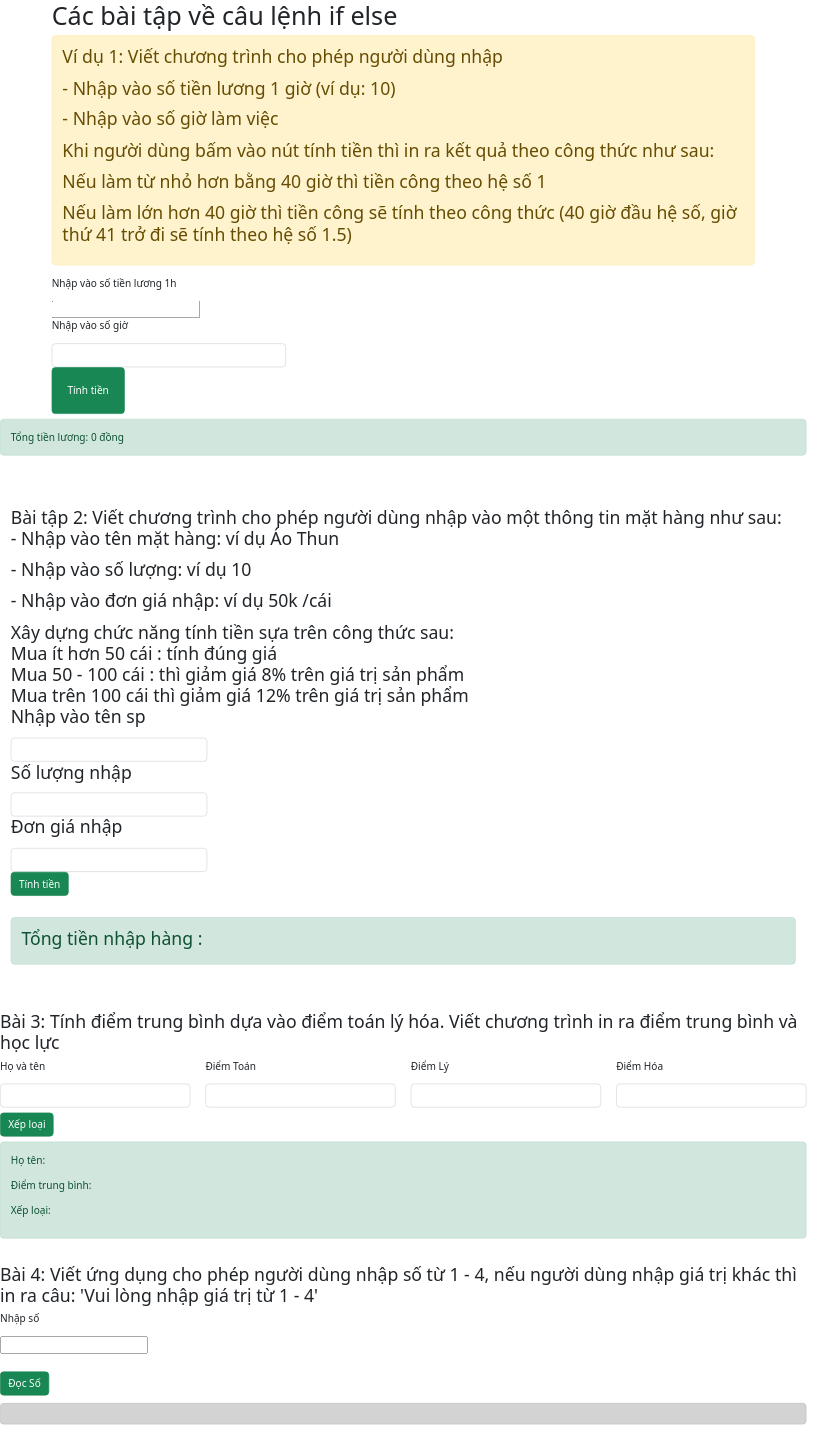
Repository: hcozyph/cyberSoft_JS_fulldocs
Page: JS_4/index.html
The author's editor kept a copy of each file at every save. The page is drawn from the files as they stood at one save, then again after the next save.
The browser window is 1280 px wide. The page is 1292 px wide, so the pictures cover 1292 px, including what lies to the right of the window. The pictures show the whole page, at 63% of full size.

Above is the page before, as saved 2023-02-05 09:58:47.

After the next save:
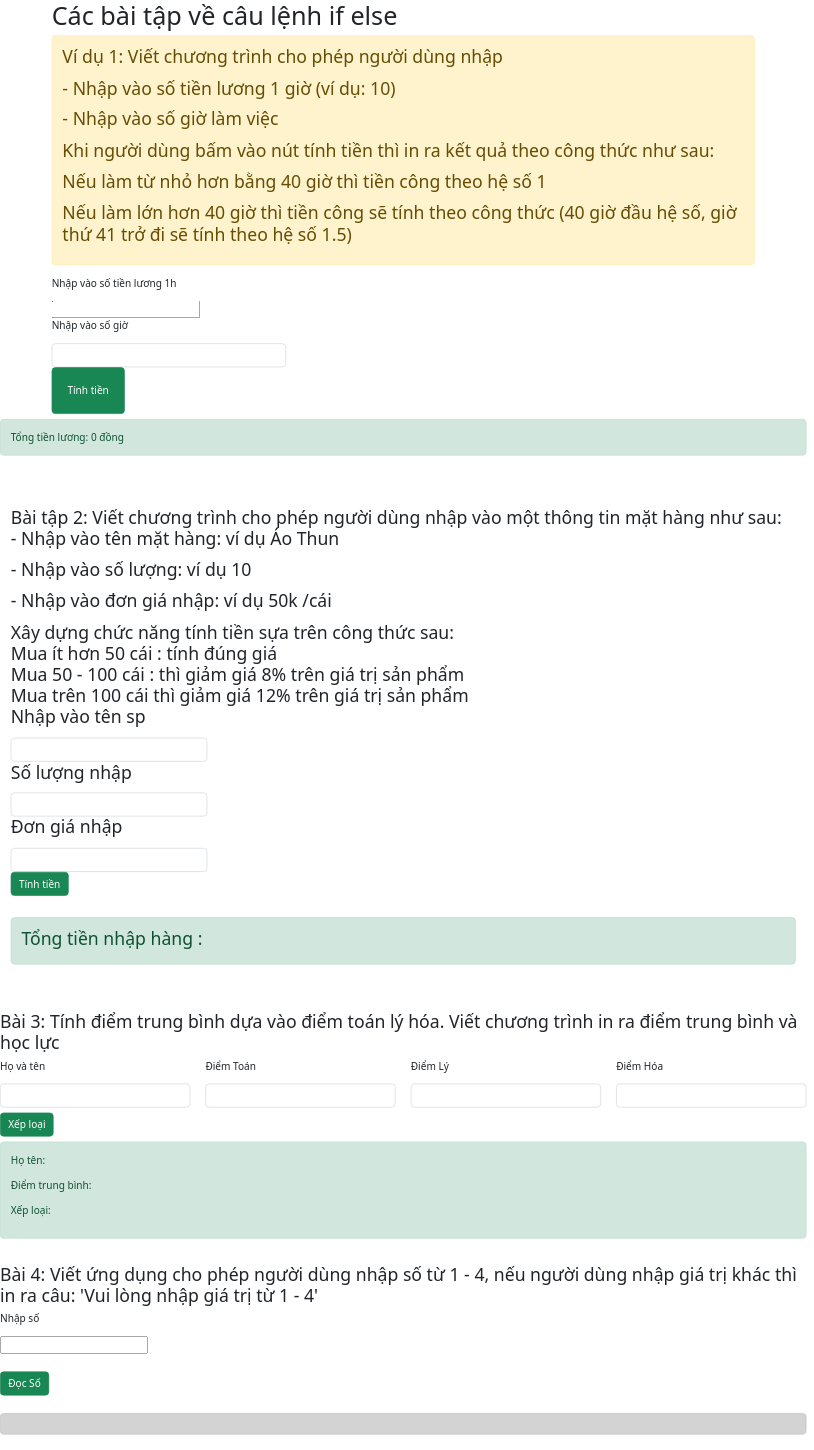
Saved 5 s later.
--- a/JS_4/index.html
+++ b/JS_4/index.html
@@ -204,7 +204,7 @@
             <button class="btn btn-success my-1" id="btnDocSo">Đọc Số</button>
         </div>
 
-        <div class="alert alert-dark text-light my-2" id="output-doc-so"></div>
+        <div class="alert alert-dark text-light my-4" id="output-doc-so"></div>
 
         <!-- Bootstrap JavaScript Libraries -->
         <script
